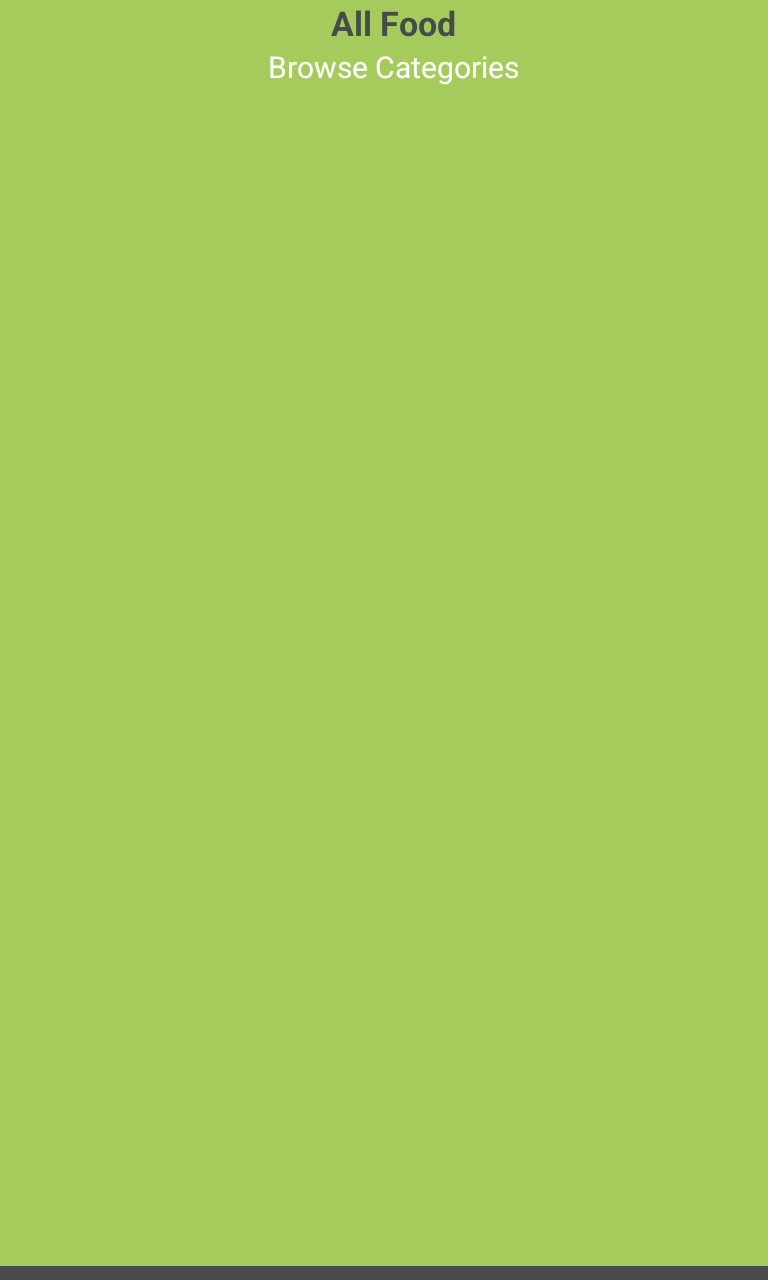
Repository: ShelfLifeApp/ShelfLife-Android
Layout: Implementation/ShelfLifeAndroid/res/layout/listview_header.xml
An editor plug-in stored every save of this project. The layout is shown before and after the next save, followed by the edit.
It is drawn on a 768 x 1280 px phone screen (xhdpi) without system bars, with theme Theme.Sherlock.Light; the app's code is not run.

Above is the layout before, as saved 2013-05-13 03:53:58.

After the next save:
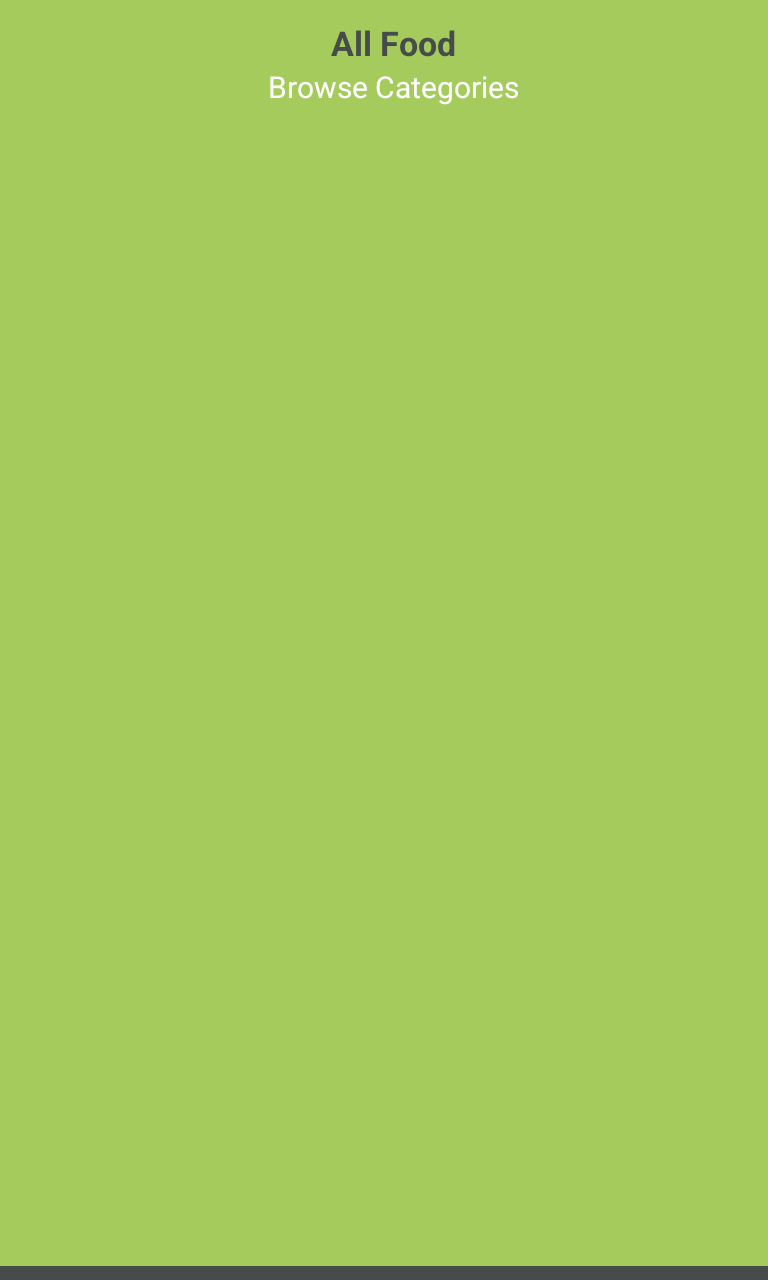
Saved 28 s later.
--- a/Implementation/ShelfLifeAndroid/res/layout/listview_header.xml
+++ b/Implementation/ShelfLifeAndroid/res/layout/listview_header.xml
@@ -11,6 +11,7 @@
         android:orientation="vertical"
         android:gravity="center"
         android:layout_gravity="center_vertical"
+        android:paddingTop="10dip"
 		android:paddingLeft="10dip"
         android:paddingBottom="10dip">
 	    <TextView
